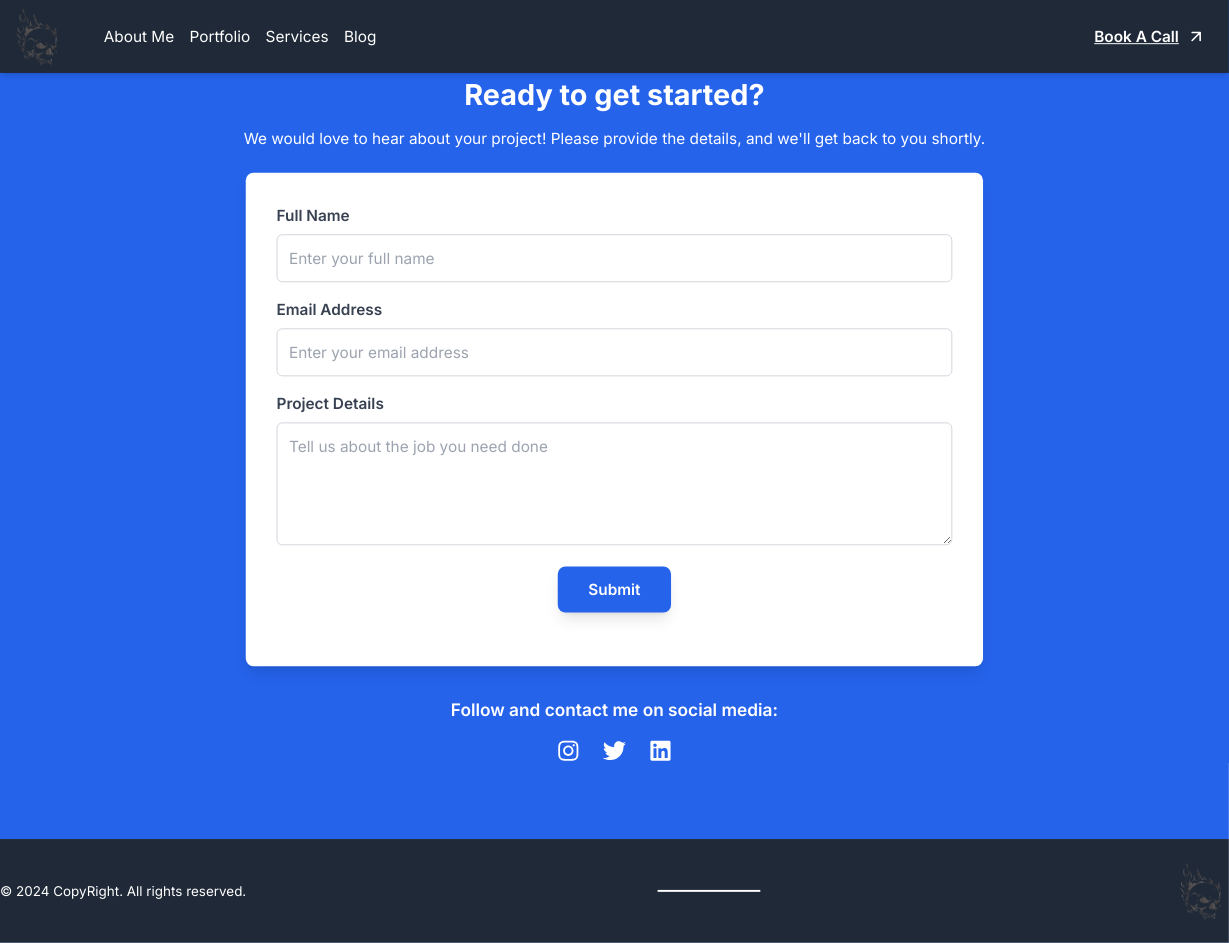
Repository: TheSecretlifeOfX/landing1
Page: /CallToAction
An editor plug-in stored every save of this project. The page is shown before and after the next save, followed by the edit.
The browser window is 1280 px wide. The pictures show the whole page, at 96% of full size.
The project was rebuilt for these pictures with package versions that can differ from the ones it lists, and the page was loaded fresh each time. The framework's server and built-in components were replaced by stand-ins that run in the browser. Also part of the build but not shown: next.config.js.

Above is the page before, as saved 2024-11-15 11:55:18.

### app/layout.tsx
import Link from 'next/link'
import './globals.css'
import type { Metadata } from 'next'
import { Inter } from 'next/font/google'

import Navbar from "@/app/components/Navbar";
import Footer from '@/app/components/Footer';


const inter = Inter({ subsets: ['latin'] })

export const metadata: Metadata = {
  title: 'Create Next App',
  description: 'Generated by create next app',
}

export default function RootLayout({
  children,
}: {
  children: React.ReactNode
}) {
  return (
    <html lang="en">
      <body className={inter.className}>
      <nav>
        <Navbar />
      </nav>
      {children}
      <footer>
        <Footer />
      </footer>
      </body>
    </html>
  )
}

### app/CallToAction/page.tsx
// src/app/contact/page.tsx
import CallToAction from "@/app/components/CallToAction";

export default function ContactPage() {
  return <CallToAction />;
}

### app/components/Navbar.tsx
// src/components/Navbar.tsx
import React from "react";
import Link from "next/link";
import Image from "next/image";

export default function Navbar() {
  return (
    <nav className="fixed top-0 left-0 w-full bg-gray-800 p-2 text-white shadow-md z-50">
      <div className="container mx-auto flex items-center">
        {/* Logo Section on the Left */}
        <div className="flex items-center mr-10 ml-[-50]">
          <Link href="/">
            <Image
              src="/Images/Logo.png"
              alt="MyBrand Logo"
              width={60}
              height={60}
              className="cursor-pointer"
              priority
            />
          </Link>
        </div>

        {/* Navigation Links Centered */}
        <ul className="flex space-x-4">
          <li>
            <a href="#hero" className="hover:text-gray-400">
              About Me
            </a>
          </li>
          <li>
            <a href="#features" className="hover:text-gray-400">
              Portfolio
            </a>
          </li>
          <li>
            <a href="#service" className="hover:text-gray-400">
              Services
            </a>
          </li>
          <li>
            <a href="#blog" className="hover:text-gray-400">
              Blog
            </a>
          </li>
        </ul>

        {/* "Book A Call" Button on the Right */}
        <ul className="flex items-center ml-auto">
  <li>
    <a
      href="#contact"
      className="flex items-center px-4 py-2 text-white font-semibold rounded-lg hover:bg-gray-700 transition duration-300 underline"
    >
      Book A Call
      <svg
        xmlns="http://www.w3.org/2000/svg"
        viewBox="0 0 24 24"
        fill="none"
        stroke="currentColor"
        strokeWidth="2"
        className="w-5 h-5 ml-2"
      >
        <path
          d="M7 17L17 7M7 7h10v10"
          strokeLinecap="round"
          strokeLinejoin="round"
        />
      </svg>
    </a>
  </li>
</ul>
      </div>
    </nav>
  );
}

### app/components/Footer.tsx
import React from 'react';
import Image from 'next/image';

export default function Footer() {
  return (
    <footer className="bg-gray-800 text-white py-6">
      <div className="container mx-auto flex justify-between items-center">
        {/* Copyright Notice on the Left */}
        <div className="text-sm">
          <p>&copy; 2024 CopyRight. All rights reserved.</p>
        </div>

        {/* Double Line Divider */}
        <div className="w-1/12 border-t-2 border-white mx-4"></div> {/* Double Line Divider */}

        {/* Logo on the Right */}
        <div>
          <Image
            src="/Images/Logo.png"
            alt="Logo"
            width={60}
            height={60}
            className="cursor-pointer"
          />
        </div>
      </div>
    </footer>
  );
}

### app/components/CallToAction.tsx
import React from 'react';
import { FaInstagram, FaTwitter, FaLinkedin } from 'react-icons/fa'; // Import icons from react-icons

export default function CallToAction() {
  return (
    <section id="contact" className="py-20 text-center bg-blue-600 text-white">
      <h2 className="text-3xl font-bold mb-4">Ready to get started?</h2>
      <p className="mb-6">We would love to hear about your project! Please provide the details, and we'll get back to you shortly.</p>

      {/* Contact Form */}
      <form className="max-w-3xl mx-auto bg-white p-8 rounded-lg shadow-lg">
        <div className="mb-4">
          <label htmlFor="name" className="block text-left text-gray-700 font-semibold mb-2">Full Name</label>
          <input
            type="text"
            id="name"
            name="name"
            placeholder="Enter your full name"
            className="w-full p-3 border border-gray-300 rounded-md"
            required
          />
        </div>

        <div className="mb-4">
          <label htmlFor="email" className="block text-left text-gray-700 font-semibold mb-2">Email Address</label>
          <input
            type="email"
            id="email"
            name="email"
            placeholder="Enter your email address"
            className="w-full p-3 border border-gray-300 rounded-md"
            required
          />
        </div>

        <div className="mb-4">
          <label htmlFor="job-details" className="block text-left text-gray-700 font-semibold mb-2">Project Details</label>
          <textarea
            id="job-details"
            name="job-details"
            placeholder="Tell us about the job you need done"
            className="w-full p-3 border border-gray-300 rounded-md h-32"
            required
          />
        </div>

        <div className="mb-6">
          <button type="submit" className="px-8 py-3 bg-blue-600 text-white font-semibold rounded-lg shadow-lg hover:bg-blue-700">
            Submit
          </button>
        </div>
      </form>

      {/* Social Media Links with Icons */}
      <div className="mt-8">
        <p className="text-lg font-semibold">Follow and contact me on social media:</p>
        <div className="flex justify-center space-x-6 mt-4">
          <a
            href="https://instagram.com"
            target="_blank"
            rel="noopener noreferrer"
            className="text-white hover:text-gray-200 transition-colors"
          >
            <FaInstagram className="w-6 h-6" /> {/* Instagram Icon */}
          </a>
          <a
            href="https://twitter.com"
            target="_blank"
            rel="noopener noreferrer"
            className="text-white hover:text-gray-200 transition-colors"
          >
            <FaTwitter className="w-6 h-6" /> {/* Twitter Icon */}
          </a>
          <a
            href="https://linkedin.com"
            target="_blank"
            rel="noopener noreferrer"
            className="text-white hover:text-gray-200 transition-colors"
          >
            <FaLinkedin className="w-6 h-6" /> {/* LinkedIn Icon */}
          </a>
        </div>
      </div>
    </section>
  );
}

Loaded but not shown: app/globals.css (common file); tailwind.config.js (common file)

After the next save:
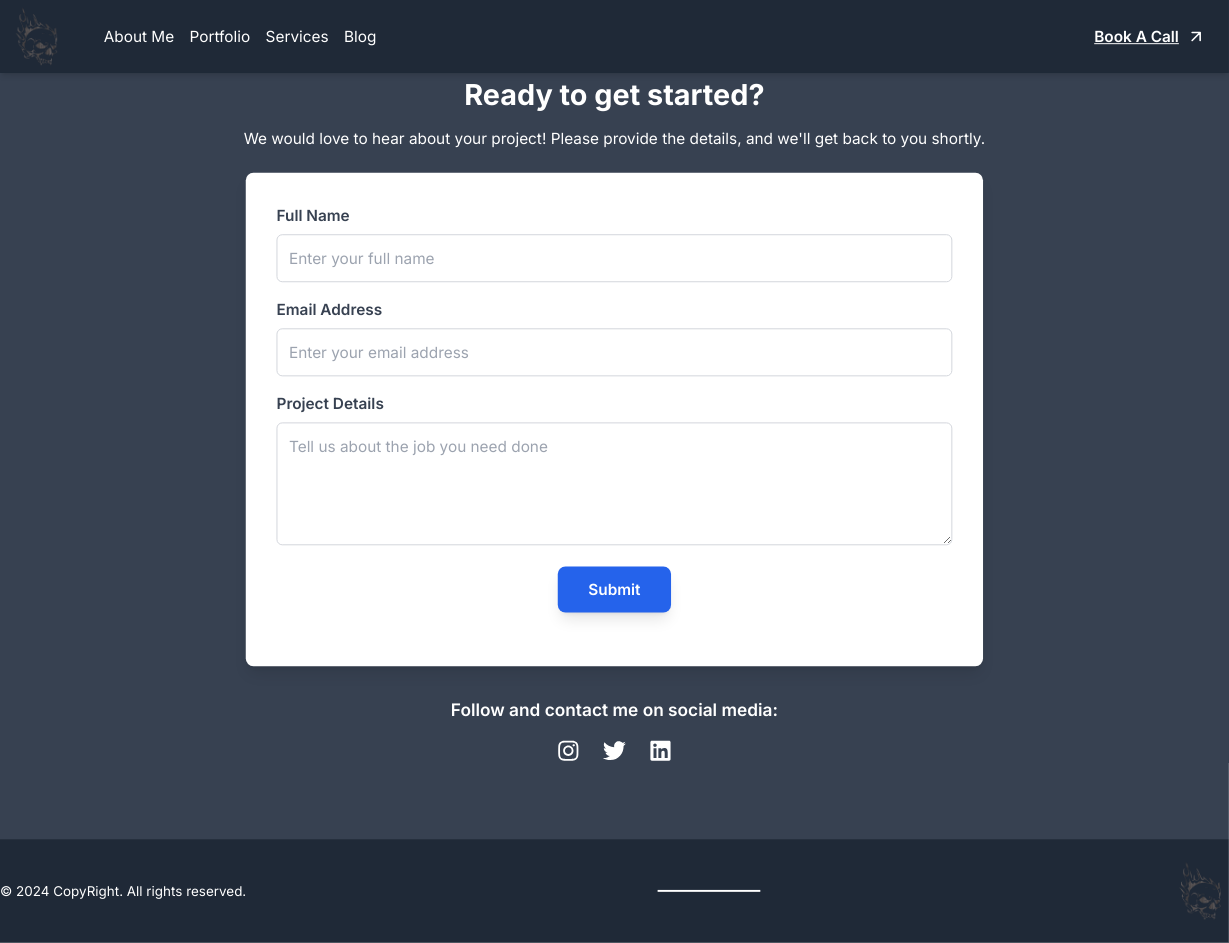
Saved 20 h 41 min later.
--- a/app/components/CallToAction.tsx
+++ b/app/components/CallToAction.tsx
@@ -3,7 +3,7 @@ import { FaInstagram, FaTwitter, FaLinkedin } from 'react-icons/fa'; // Import i
 
 export default function CallToAction() {
   return (
-    <section id="contact" className="py-20 text-center bg-blue-600 text-white">
+    <section id="contact" className="py-20 text-center bg-gray-700 text-white">
       <h2 className="text-3xl font-bold mb-4">Ready to get started?</h2>
       <p className="mb-6">We would love to hear about your project! Please provide the details, and we'll get back to you shortly.</p>
 
